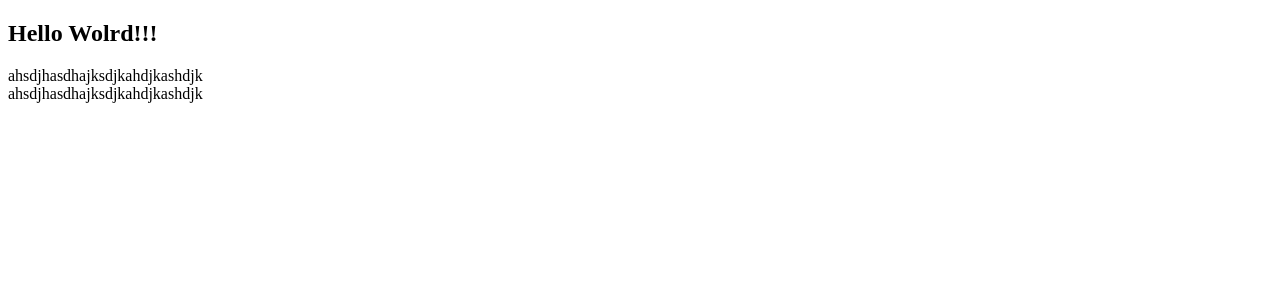
Repository: huygicungduoc/First_Project
Page: index1.html
An editor plug-in stored every save of this project. The page is shown before and after the next save, followed by the edit.
The browser window is 1280 px wide. The pictures show the whole page.

Above is the page before, as saved 2025-03-08 20:05:30.

After the next save:
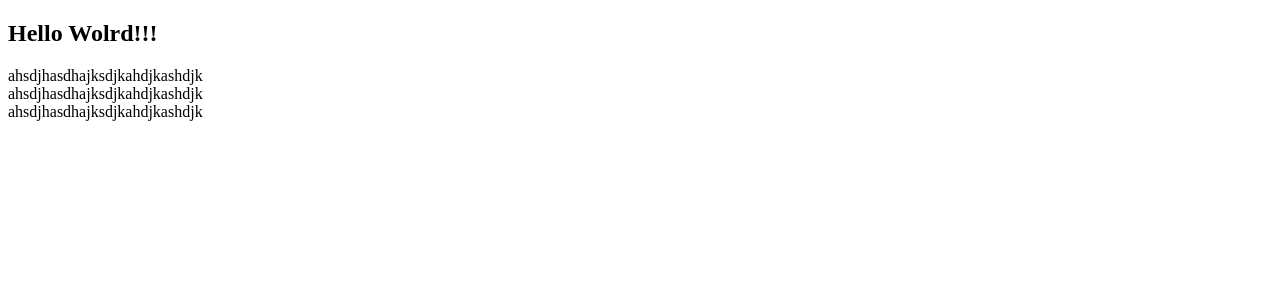
Saved 2 min 5 s later.
--- a/index1.html
+++ b/index1.html
@@ -10,5 +10,6 @@
     <h2>Hello Wolrd!!!</h2>
     <div>ahsdjhasdhajksdjkahdjkashdjk<div>
     <div>ahsdjhasdhajksdjkahdjkashdjk<div>
+    <div>ahsdjhasdhajksdjkahdjkashdjk<div></div>
 </body>
 </html>
